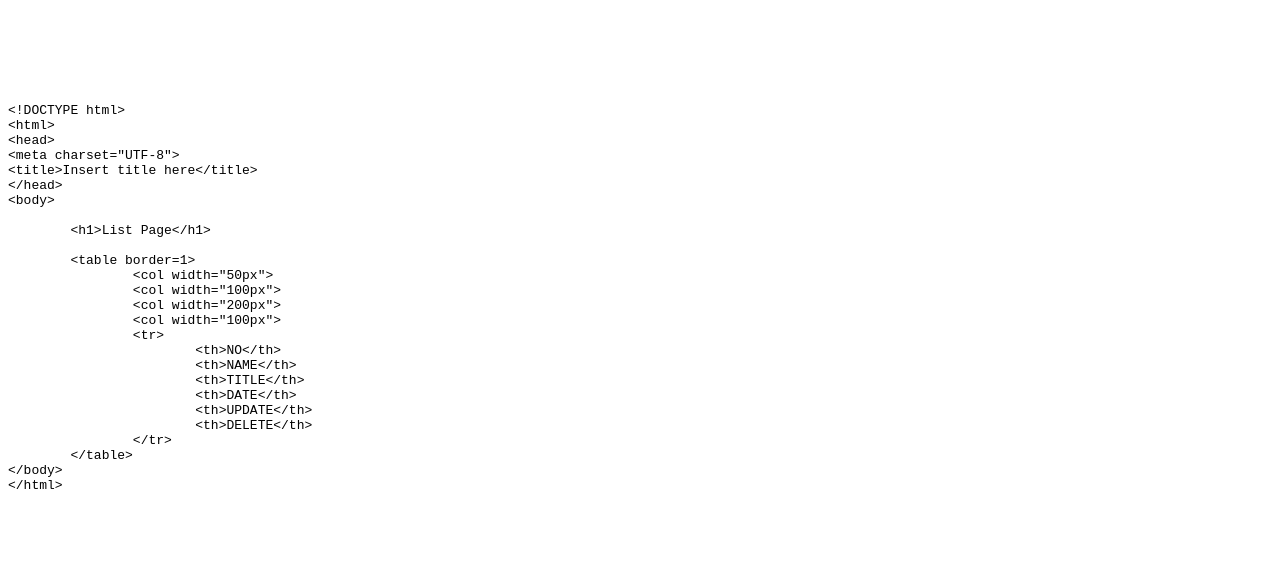
Repository: yyci12/TIL
Page: http://localhost/Jsp01_MyBoard/
These files come from the project's save history. The page is drawn as it stood at one moment and after the next save; the edit follows.
The browser window is 1280 px wide. The pictures show the whole page.
The page is served by Tomcat 9. The database holds what the project's SQL file puts in it.

Above is the page before, as saved 2022-05-25 06:17:40.

### Web/Jsp01_MyBoard/WebContent/index.jsp
<%@ page language="java" contentType="text/html; charset=UTF-8"
    pageEncoding="UTF-8"%>
<!DOCTYPE html>
<html>
<head>
<meta charset="UTF-8">
<title>Insert title here</title>
</head>
<body>
	<%--
	<h1>시작</h1>
	<%for(int i=0; i<3; i++){ %>
		<b>안녕</b>
	<%} %>
	--%>
	<jsp:forward page="./mylist.jsp"></jsp:forward> <%-- jsp 액션태그 --%>
</body>
</html>

### Web/Jsp01_MyBoard/WebContent/mylist.jsp
<%@ page language="java" contentType="text/html; charset=UTF-8"
    pageEncoding="UTF-8"%>
<%request.setCharacterEncoding("UTF-8"); %>
<%response.setContentType("text/thml; charset=UTF-8"); %>
  <%@page import="com.my.dao.MyBoardDao"%>
  <%@page import="com.my.dto.MyBoardDto"%>
  <%@page import="java.util.List" %>
<!DOCTYPE html>
<html>
<head>
<meta charset="UTF-8">
<title>Insert title here</title>
</head>
<body>
<%
	MyBoardDao dao = new MyBoardDao();
	List<MyBoardDto> list  = dao.selectAll();
%>
	<h1>List Page</h1>

	<table border=1>
		<col width="50px">
		<col width="100px">
		<col width="200px">
		<col width="100px">
		<tr>
			<th>NO</th>
			<th>NAME</th>
			<th>TITLE</th>
			<th>DATE</th>
			<th>UPDATE</th>
			<th>DELETE</th>
		</tr>
	</table>
</body>
</html>

### Web/Jsp01_MyBoard/src/com/my/dao/MyBoardDao.java
package com.my.dao;

import java.sql.Connection;
import java.sql.DriverManager;
import java.sql.ResultSet;
import java.sql.SQLException;
import java.sql.Statement;
import java.util.ArrayList;
import java.util.List;

import com.my.dto.MyBoardDto;

public class MyBoardDao {
	Connection con = null;

	public MyBoardDao() {
		//드라이버 등록
		try {
			Class.forName("com.mysql.jdbc.Driver");
			System.out.println("01. driver연결");
		} catch (ClassNotFoundException e) {
			System.out.println("01. driver 연결실패");
			e.printStackTrace();
		}
	}

	//전체출력
	public List<MyBoardDto> selectAll(){
		try {
			con = DriverManager.getConnection("jdbc:mysql://localhost:3306/multi","root","1234");
			System.out.println("02.연결성공");
		} catch (SQLException e) {
			// TODO Auto-generated catch block
			System.out.println("02.연결실패");
			e.printStackTrace();
		}

		Statement stmt = null;
		ResultSet rs = null;
		List<MyBoardDto> res = new ArrayList<MyBoardDto>();
		String sql = "SELECT * FROM MYBOARD";

		try {
			stmt = con.createStatement();
			System.out.println("03. query 준비 :" +sql);

			rs = stmt.executeQuery(sql);
			System.out.println("04. query 실행 및 리턴");
			while(rs.next()) {
				MyBoardDto dto = new MyBoardDto(rs.getInt(1),rs.getString(2),rs.getString(3),
												rs.getString(4),rs.getDate(5));
				res.add(dto);
			}
		} catch (SQLException e) {
			System.out.println("3/4단계에러");
			e.printStackTrace();
		}finally {
			try {
				rs.close();
				stmt.close();
				con.close();
				System.out.println("05.db종료\n");
			} catch (SQLException e) {
				System.out.println("05.db종료 에러\n");
				e.printStackTrace();
			}
		}
		System.out.println();
		return res;
	}


}

### Web/Jsp01_MyBoard/src/com/my/dto/MyBoardDto.java
package com.my.dto;

import java.util.Date;

public class MyBoardDto {
	private int myno;
	private String myname;
	private String mytitle;
	private String mycontent;
	private Date mydate;

	public MyBoardDto() {
		super();
		// TODO Auto-generated constructor stub
	}

	public MyBoardDto(int myno, String myname, String mytitle, String mycontent, Date mydate) {
		super();
		this.myno = myno;
		this.myname = myname;
		this.mytitle = mytitle;
		this.mycontent = mycontent;
		this.mydate = mydate;
	}

	public int getMyno() {
		return myno;
	}
	public void setMyno(int myno) {
		this.myno = myno;
	}
	public String getMyname() {
		return myname;
	}
	public void setMyname(String myname) {
		this.myname = myname;
	}
	public String getMytitle() {
		return mytitle;
	}
	public void setMytitle(String mytitle) {
		this.mytitle = mytitle;
	}
	public String getMycontent() {
		return mycontent;
	}
	public void setMycontent(String mycontent) {
		this.mycontent = mycontent;
	}
	public Date getMydate() {
		return mydate;
	}
	public void setMydate(Date mydate) {
		this.mydate = mydate;
	}

}

### Web/Jsp01_MyBoard/build/classes/myboard.sql (the tables this page reads)
CREATE table MYBOARD(
	MYNO INT auto_increment primary key,
	MYNAME VARCHAR(100) not null,
	MYTILTE VARCHAR(2000) not null,
	MYCONTENT VARCHAR(4000) not null,
	MYDATE DATE not null
);

INSERT into MYBOARD VALUES(null,'관리자','게시판 테스트','테스트중입니다. 123456789ABCD',NOW());

After the next save:
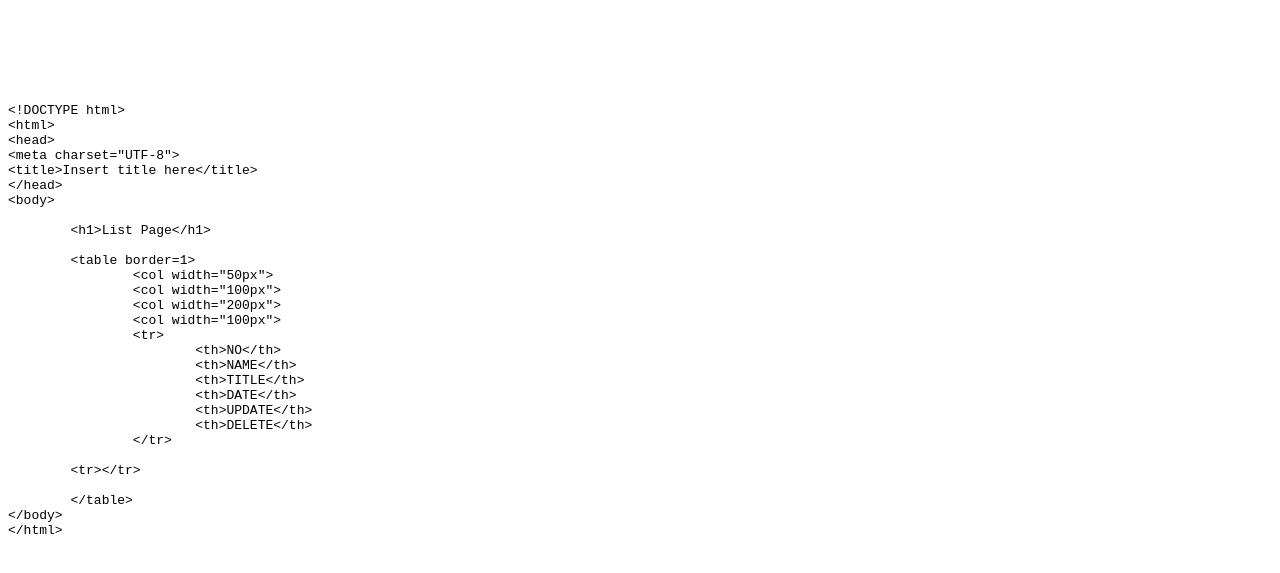
Saved 3 min 55 s later.
--- a/Web/Jsp01_MyBoard/WebContent/mylist.jsp
+++ b/Web/Jsp01_MyBoard/WebContent/mylist.jsp
@@ -31,6 +31,13 @@
 			<th>UPDATE</th>
 			<th>DELETE</th>
 		</tr>
+<%
+	for(int i=0; i<list.size();i++){
+%>
+	<tr></tr>
+<%
+	}
+%>
 	</table>
 </body>
 </html>
